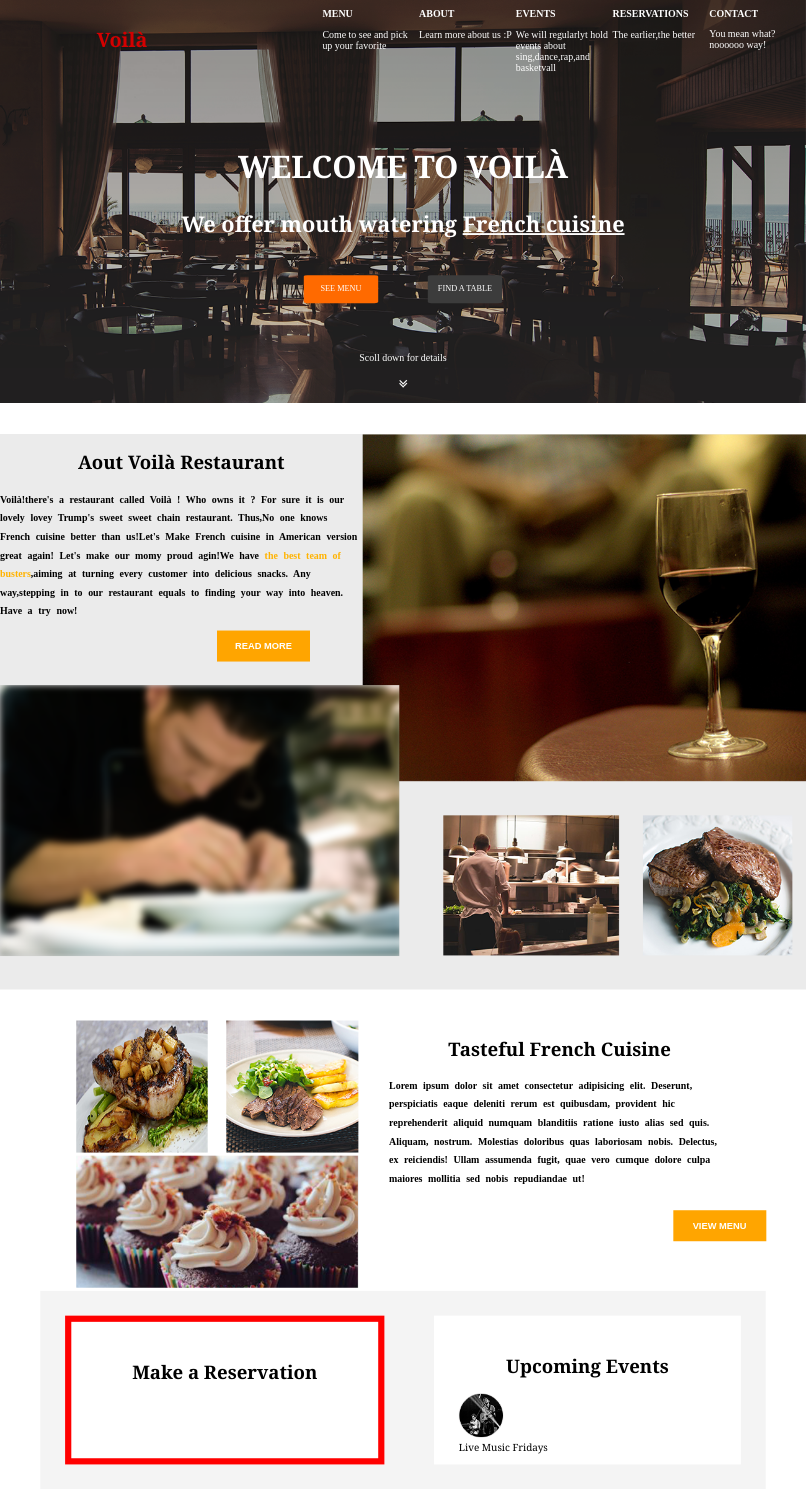
Repository: sis-shen/HTML_vsc
Page: adc_v2/index.html
The author's editor kept a copy of each file at every save. The page is drawn from the files as they stood at one save, then again after the next save.
The browser window is 1280 px wide. The page is 1300 px wide, so the pictures cover 1300 px, including what lies to the right of the window. The pictures show the whole page, at 62% of full size.

Above is the page before, as saved 2023-08-18 11:04:42.

### adc_v2/index.html
<!DOCTYPE html>
<html lang="zh-CN">
<head>
    <meta charset="UTF-8">
    <meta name="viewport" content="width=device-width, initial-scale=1.0">
    <title>王八餐厅</title>
    <link rel="stylesheet" href="style.css">
    <link rel="shotcut icon" href="img/王者.png">
</head>
<body>
    <div class="top-box">
        <div class="nav">
            <div class="t-left"><h1>Voilà </h1></div>

            <div class="t-right">
                <div class="nav-box"><a href="menu.html" target="_blank"><h2>MENU</h2></a>
                    <p>Come to see and pick up your favorite</p></div>
                <div class="nav-box"> <a href="about.html" target="_blank"><h2>ABOUT</h2></a>
                    <p>Learn more about us :P</p></div>
                <div class="nav-box"><a href="events.html" target="_blank"><h2>EVENTS</h2></a>
                    <p>We will regularlyt hold events about sing,dance,rap,and basketvall</p></div>
                <div class="nav-box"> <a href="restaurants.html" target="_blank"><h2>RESERVATIONS</h2></a>
                    <p>The earlier,the better</p></div>
                <div class="nav-box"><a href="contact.html" target="_blank"><h2>CONTACT</h2></a>
                    You mean what?noooooo way!</div>
            </div>
        </div>

        <h1 id="wel">WELCOME TO VOILÀ</h1>
        <h3>We offer mouth watering <u>French cuisine</u></h3>

        <div class="button-box">
            <div class="b-left">
                <a href="menu.html" target="_blank"><button>SEE MENU</button></a>
            </div>
            <div class="b-right">
                <a href="table.index" target="_blank"><button>FIND A TABLE</button></a>
            </div>
        </div>

        <h4>Scoll down for details</h4>

        <div class="down-arrow">
            <img src="img/down-arrow-icon.png" alt="">

        </div>
    </div>

    <!-- =============================================== -->

    <div class="top2-box">
        <div class="up-box">
            <div class="up-left">
                <h2 class="h2-title">Aout Voilà Restaurant</h2>
                <p class="main-p">Voilà!there's a restaurant called Voilà ! Who owns it ? For sure it is our lovely lovey Trump's sweet sweet chain restaurant. Thus,No one knows French cuisine better than us!Let's Make French cuisine in American version great again! Let's make our momy proud agin!We have <a href="https://g.nga.cn/read.php?tid=22017775&rand=757" target="_blank"> the best team of busters</a>,aiming at turning every customer into delicious snacks. Any way,stepping in to our restaurant equals to finding your way into heaven. Have a try now!</p>

                <a href="about.index" target="_blank"><button class="main-button">READ MORE</button></a>

            </div>

            <div class="up-right">
                <img src="img/glass of wine.png" alt="">
            </div>
        </div>
        <div class="down-box">
            <div class="down-left"><img src="img/Eric-McGregor-flickr.png" alt="eric"></div>
            <div class="down-right">
                <div class="left"><img src="img/Restaurant kitchen.png" alt=""></div>
                <div class="right"><img src="img/foodiesfeed.com_excelent-beef-steak-vegetables.png" alt=""> </div>
            </div>

        </div>
    </div>

    <!-- =========================================== -->

    <div class="cuisine-box">
        <div class="left-dish-box">
            <div class="uper">
                <div class="left"><img src="img/Steak and vegetables - Foodies Feed.png" alt="" ></div>
                <div class="right"> <img src="img/Beef-steak-pineapple-salad Foodies Feed.png" alt="" id="cup-cake" ></div>
            <div class="clear-fix"></div>


            </div>


            <div class="downer">
                <img src="img/Cup cakes.png" alt="">
            </div>
        </div>

        <div class="right-p">
            <h2 class="h2-title">Tasteful French Cuisine</h2>

            <p class="main-p">Lorem ipsum dolor sit amet consectetur adipisicing elit. Deserunt, perspiciatis eaque deleniti rerum est quibusdam, provident hic reprehenderit aliquid numquam blanditiis ratione iusto alias sed quis. Aliquam, nostrum. Molestias doloribus quas laboriosam nobis. Delectus, ex reiciendis! Ullam assumenda fugit, quae vero cumque dolore culpa maiores mollitia sed nobis repudiandae ut!</p>

            <a href="menu.html" target="_blank"><button class="main-button" id="b2">VIEW MENU</button></a>


        </div>


    </div>

    <div class="res-events">
        <div class="res">
            <h2 class="h2-title">Make a Reservation</h2>
        </div>
        <div class="events-box">

            <h2 class="h2-title">Upcoming Events</h2>

            <ul class="event-list">
                <li class="evnt-emp" >

                    <div class="icon"><img src="img/Live music Fridays.png" alt=""></div>
                    <div class="content">
                        <div class="event-title">Live Music Fridays</div>

                        <div class="date">

                                            <div class="event-dsp"></div>
                                            <div class="read-more"><a href="" target="_blank"></a></div>

                    </div>

                </li>

            </ul>





        </div>
    </div>



</body>
</html>

### adc_v2/style.css

body {
    box-sizing: border-box;
    font-family:Georgia, 'Times New Roman', Times, serif;

    width: 1300px;

    margin: 0 auto;

}

.clear-fix{
    clear: both;
}

/* .up-left h2 */
.h2-title{

    text-align: center;
    font-size: 30px;
}
.main-p{
    line-height: 30px;
    word-spacing: 5px;
    font-family: 微软雅黑;
    font-weight: bold;
}

.main-button{
    background-color:orange;
    height: 50px;
    width:150px;
    color: #fff;
    font-size: 15px;
    font-weight: bold;
    border: 0;
    margin-left: 350px;
}

.main-button:hover{
    background-color:rgb(213, 139, 0);

}

/* =======top-box===== */

.top-box{
    margin:auto;

    width: 1300px;
    height: 650px;
    background-image: url("img/top.png");
    background-repeat: no-repeat;

    /* border: red solid 10px; */

}

.nav {
    width: 100%;
    height: 200px;
    /* background-color: rgba(0, 255, 255, 0.207); */
    display: flex;
}

.t-left{
    height:100%;
    width: 40%;
    /* background-color: rgba(255, 0, 0, 0.236); */
}

.t-right{
    display: flex;
    height: 100%;
    width:60%;
    font-family: 微软雅黑;
}

.nav-box{
    width: 20%;
    height: 100%;
    /* background-color: rgba(255, 255, 0, 0.149); */
    color: #fff;
}

.nav-box a{
    text-decoration: none;
    color: #fff;
}

.top-box h2{
    font-size:medium
}

.t-left h1{
    color:rgb(212, 0, 0);
    position: relative;
    left:30%;
    top:20px;
}

#wel{
    text-align: center;
    color: #fff;

    font-size: 50px;
}

.top-box h3{
    text-align: center;
    color: #fff;
    font-size: 35px;
}

.button-box{
    display: flex;
    align-items: center;
    justify-content: center;
    margin-top: 60px;
}

.button-box button{
    width: 120px;
    height: 45px;
    margin-inline: 40px;
    font-family: 微软雅黑;
    color: #fff;
}

.b-left button{
    background-color: rgb(255, 106, 0);
    border: 0;
    border-radius: 5%;
}

.b-left button:hover{
    background-color: rgb(205, 85, 0);

}

.b-right button{
    background-color: rgb(60, 60, 60);
    border: 0;
    border-radius: 5%;

}

.b-right button:hover{
    background-color: rgb(35, 35, 35);

}

.top-box h4{
    text-align: center;
    color: #fff;
    font-family: 微软雅黑;
    font-weight:normal;
    margin-top: 80px;
}


.down-arrow {
    text-align: center;
}



/* ===========top2-box============== */

.top2-box{
    background-color: #ebebeb;
    padding-bottom: 50px;
}

.top2-box .up-box
{

    margin-top: 50px;
    display: flex;

    /* border: red solid 10px; */
}

.top2-box .up-left{
    width: 45%;
    min-height: 200px;

    /* border: red solid 10px; */

}

.top2-box .up-right{
    width: 55%;
    min-height: 200px;
}

.up-right img{
    width: 100%;
}





.up-left p a {
    text-decoration: none;
    color: rgb(255, 179, 0);
}

.up-left p a:hover{
    color: rgb(193, 135, 0);

}





.down-box{
    display: flex;
}



.down-right{
    margin-top: 50px;
    width: 45%;
    /* border: red solid 10px; */
    display: flex;

}

.down-right .left{
    width: 45%;
    /* margin-left:5%; */
    margin-right: 10%;
    /* border: red solid 10px; */

}

.down-right .right{
    width: 45%;
    /* border: red solid 10px; */

}

.down-left{
    width: 55%;
    max-height: 250px;
}

.down-left img{
    width: 90%;
    position: relative;
    top:-10em
}

.cuisine-box {
    width: 100%;
    margin-top: 50px;
    display: flex;
    justify-content: center;

    .left-dish-box{
        width: 455px;

        /* border: red solid 10px; */


        .uper{
            margin: 0;
            display: flex;


            .left{
                width: 50%;
            }

            .right{
                width: 50%;
            }
        }

        .downer{

        }

    }


    #cup-cake{
        float: right;
    }

    .right-p{
        width: 550px;
        margin-left: 50px;
        /* border: red solid 10px; */

    }
}

#b2{
    margin-top: 20px;
    margin-left: 458px;
}
/* ==============reservation & events============= */

.res-events{
    margin: 0 auto;
    width: 90%;
    display: flex;
    background-color: #f4f4f4;

    .res{
        padding-top: 35px;
        margin: 40px;
        background-color: white;
        width: 50%;
        border: red solid 10px;

    }
    .events-box{
        padding-top: 35px;

        margin: 40px;
        background-color: white;
        width: 50%;

        .event-list{
            list-style-type: none;


            .event-emp{
                width: 100%;
                /* display: block; */
                display: flex;
                border: red solid 10px;
                padding-left: 15px;


                .icon{
                    width: 72px;
                }

                .content{


                }

            }

        }




    }
}

After the next save:
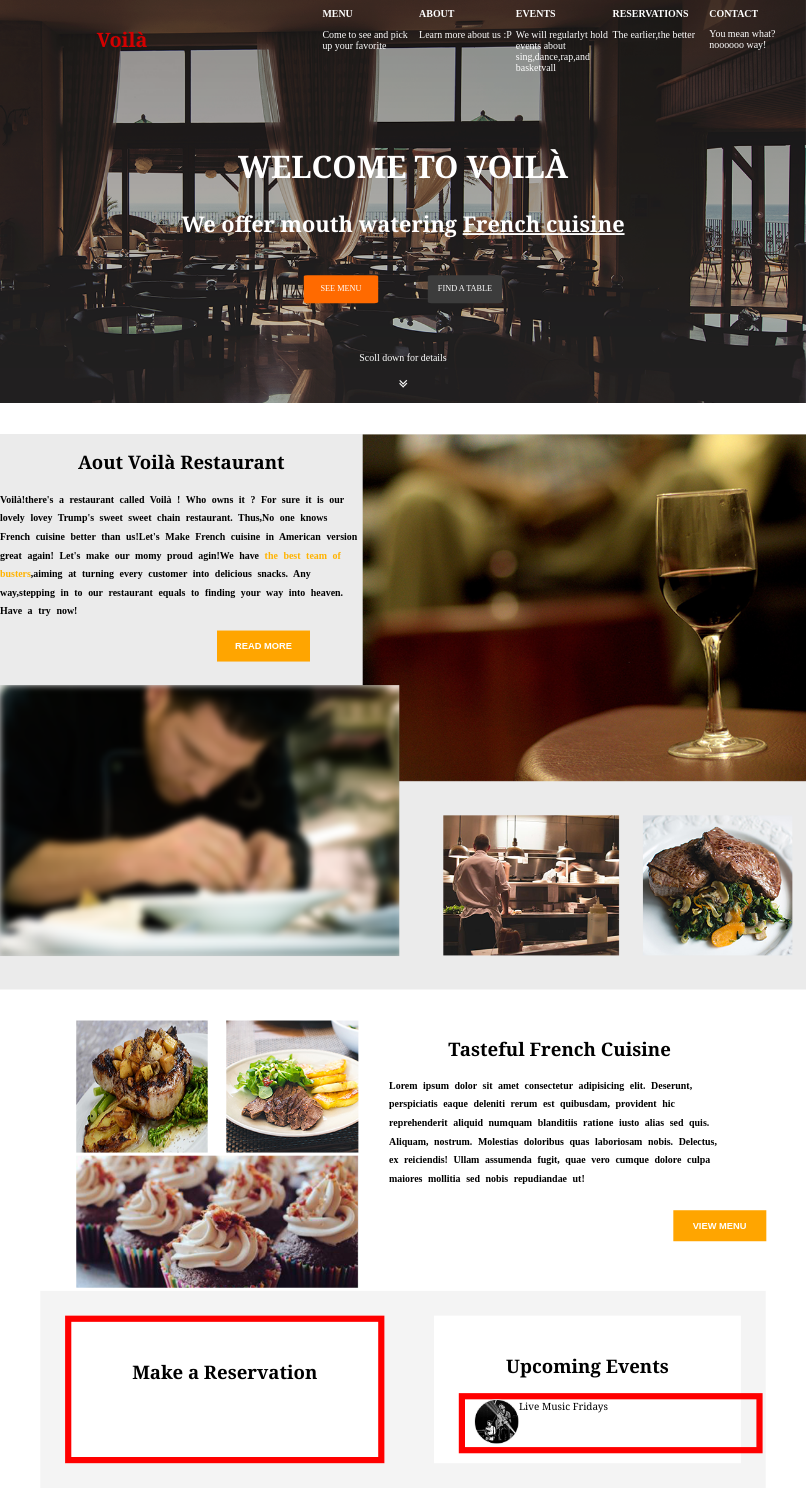
Saved 52 s later.
--- a/adc_v2/index.html
+++ b/adc_v2/index.html
@@ -112,7 +112,7 @@
             <h2 class="h2-title">Upcoming Events</h2>
 
             <ul class="event-list">
-                <li class="evnt-emp" >
+                <li class="event-emp" >
 
                     <div class="icon"><img src="img/Live music Fridays.png" alt=""></div>
                     <div class="content">
